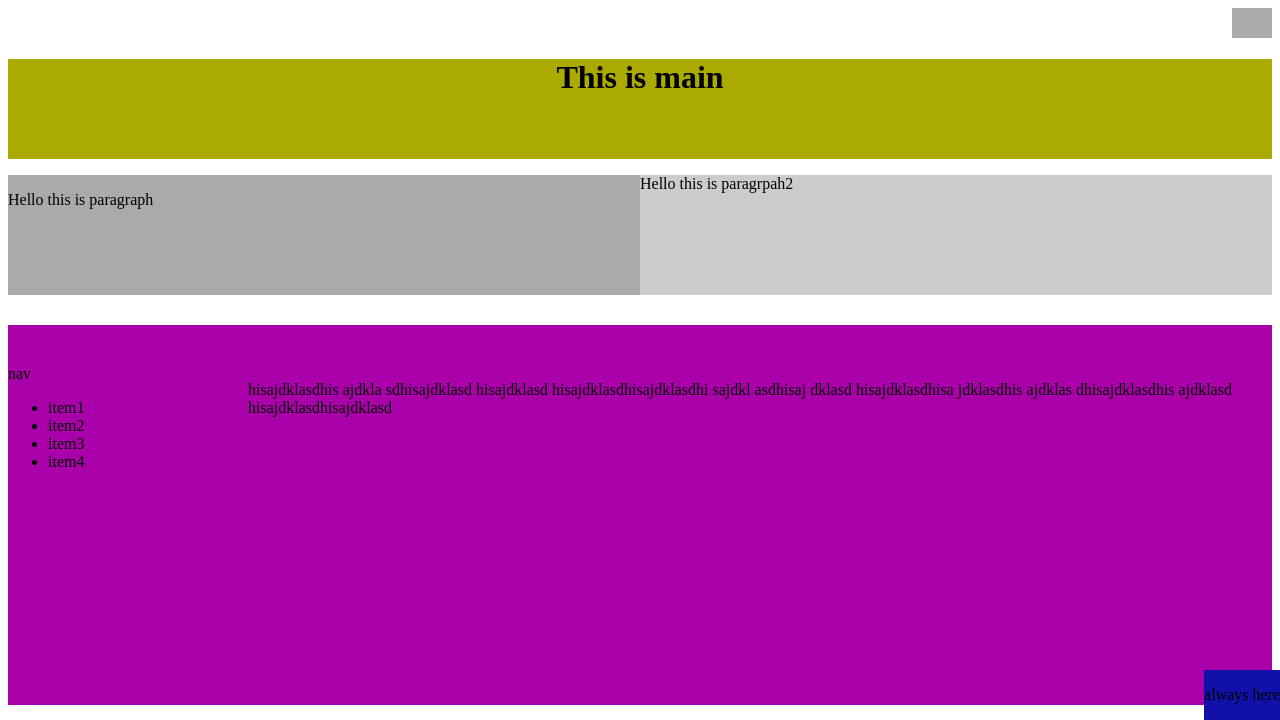
Repository: EnjoyWorkTrue/Spring2014
Page: CMP342/MainProject/WebContent/WEB-INF/main.html
These files come from the project's save history. The page is drawn as it stood at one moment and after the next save; the edit follows.
The browser window is 1280 px wide. The pictures show the whole page.

Above is the page before, as saved 2014-03-26 23:55:44.

### CMP342/MainProject/WebContent/WEB-INF/main.html
<!DOCTYPE html>
<html>
<head>
<meta charset="EUC-KR">
<link rel="stylesheet" type="text/css"
href="css\main.css">
<script type="js\main.js"></script>
<title>Mooc</title>

</head>
<body>
<div id="login">
<div id = "loginImage">
</div>
</div>
<div id="main">
<h1 id="main1">This is main</h1>
</div>

<div class = "hello">
<div class="simple">
<p>Hello this is paragraph</p>
</div>
<div class="rightsimple">
<p>Hello this is paragrpah2</p>
</div>
</div>

<div class="footer">
<nav class="elem elem-red">
<span class="label">nav</span>
<ul>
<li>item1</li>
<li>item2</li>
<li>item3</li>
<li>item4</li>
</ul>
</nav>
<section>
<p>hisajdklasdhis ajdkla sdhisajdklasd hisajdklasd   hisajdklasdhisajdklasdhi sajdkl asdhisaj dklasd hisajdklasdhisa jdklasdhis ajdklas dhisajdklasdhis ajdklasd hisajdklasdhisajdklasd
</p>
</section>


</div>
<div class="adver">
<p>always here</p>
</div>


</body>
</html>

### CMP342/MainProject/WebContent/WEB-INF/css/main.css
#login{
	position: relative;
	height:30px;
	weight:100%;
}
#loginImage{
	position: relative;
	float:right;
	width:40px;
	height:30px;
	background: #aaa;
}

#main{
	background: #aa0;
	text-align:center;
	height:100px;
	max-height:300px;
}

.simple{
	float:left;
	width:50%;
	height:120px;
	background: #aaa;
}
.rightsimple{
	margin-left:50%;
	width:50%;
	height:120px;
	background: #ccc;
	margin-bottom: 30px;
}
.footer{
	clear:left;
	position: relative;
	height:300px;
	background: #a0a;
	padding: 40px;
}
nav{
	position: absolute;
	left: 0px;
	width: 200px;
}
section{
	margin-left: 200px;
}
.adver{
	position:fixed;
	right:0;
	bottom: 0;
	height:50px;
	background: #11a;

}

After the next save:
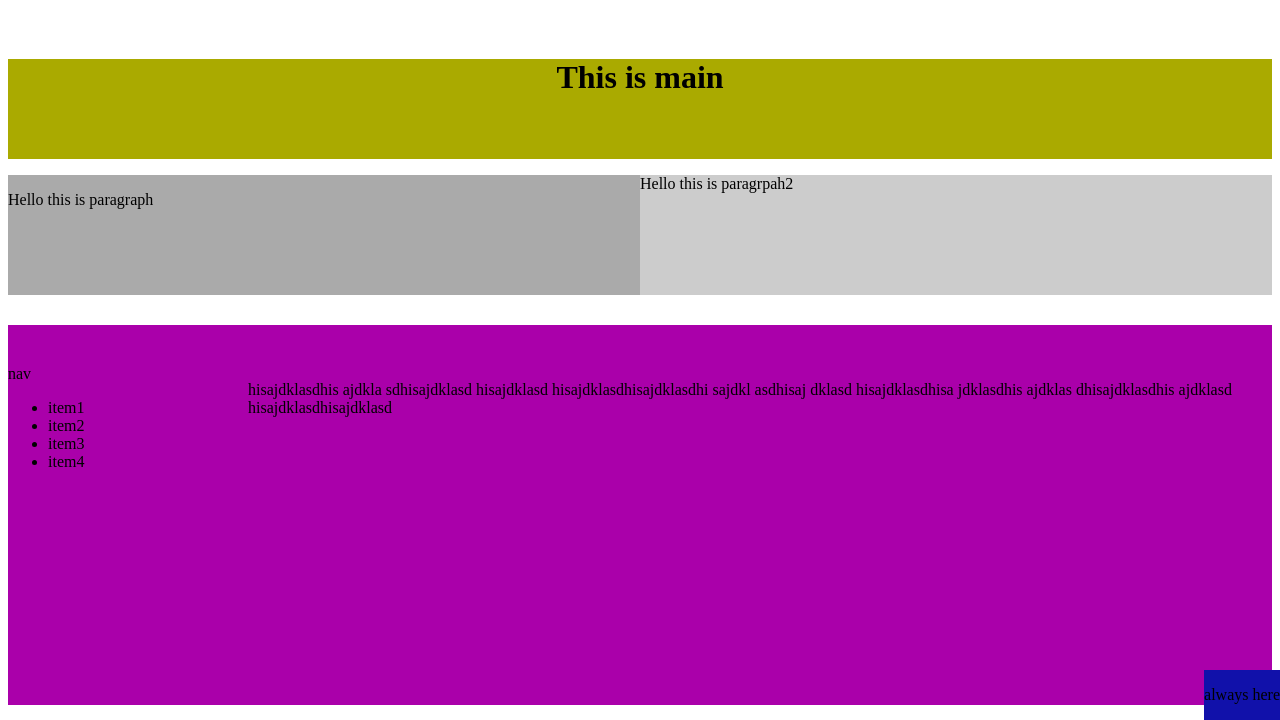
Saved 106 s later.
--- a/CMP342/MainProject/WebContent/WEB-INF/css/main.css
+++ b/CMP342/MainProject/WebContent/WEB-INF/css/main.css
@@ -6,9 +6,7 @@
 #loginImage{
 	position: relative;
 	float:right;
-	width:40px;
-	height:30px;
-	background: #aaa;
+	background-image:url('picture\login.png');
 }
 
 #main{
